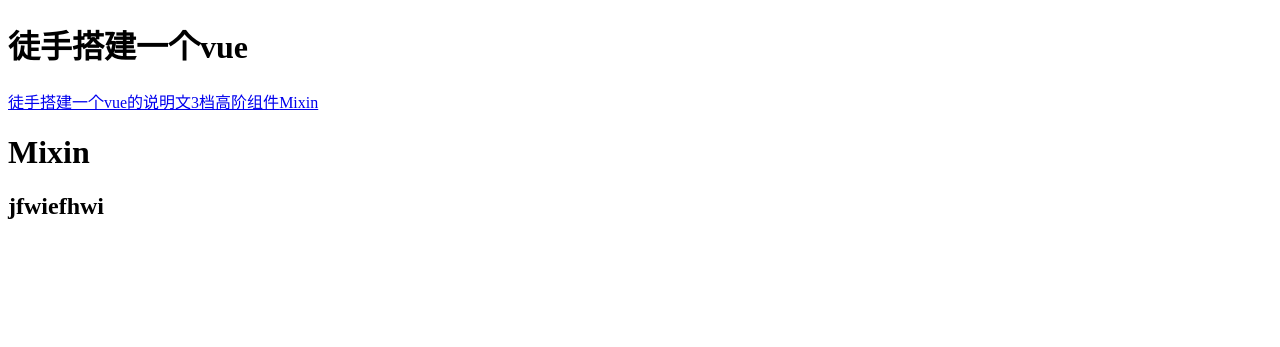
Repository: yuWhy/vue-build-cli
Page: /#/mixinDome
The author's editor kept a copy of each file at every save. The page is drawn from the files as they stood at one save, then again after the next save.
The browser window is 1280 px wide. The pictures show the whole page.
The project was rebuilt for these pictures with package versions that can differ from the ones it lists, and the page was loaded fresh each time. Also part of the build but not shown: webpack.config.js, src/router/index.js.

Above is the page before, as saved 2021-02-22 15:35:28.

After the next save:
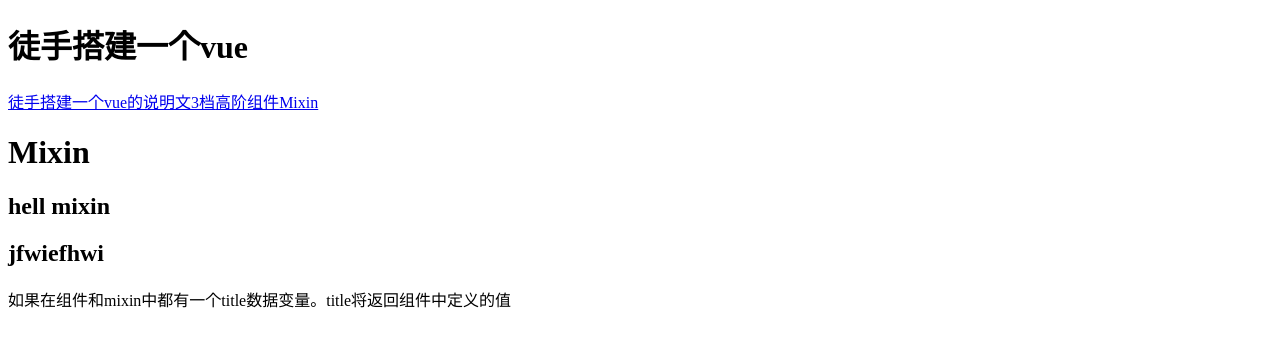
Saved 38 s later.
--- a/src/pages/MixinDome/index.vue
+++ b/src/pages/MixinDome/index.vue
@@ -2,6 +2,8 @@
   <div>
     <h1>Mixin</h1>
     <h2>{{msg}}</h2>
+    <h2>{{title}}</h2>
+    <p>如果在组件和mixin中都有一个title数据变量。title将返回组件中定义的值</p>
   </div>
 </template>
 
@@ -12,7 +14,7 @@ export default {
   mixins: [mixin],
   data() {
     return {
-      msg: 'jfwiefhwi'
+      title: 'jfwiefhwi'
     }
   },
   created() {
